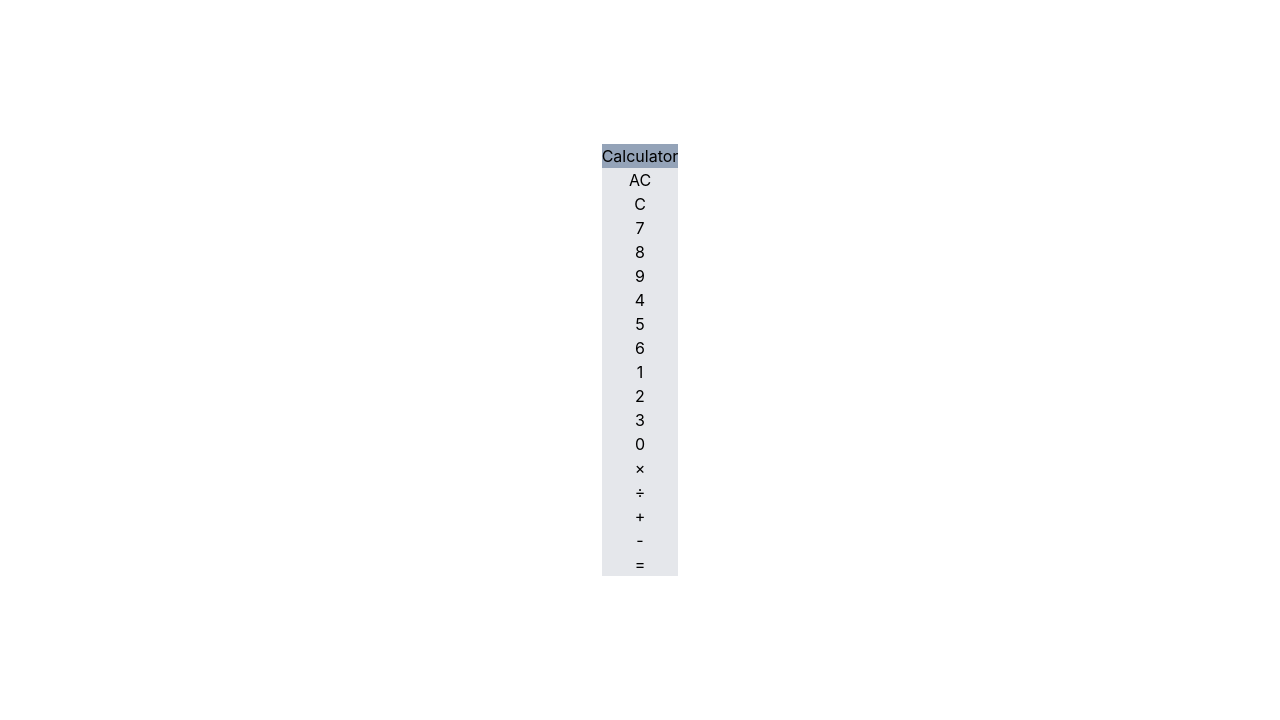
Repository: BrianPhamDev/calculator_app
Page: /
An editor plug-in stored every save of this project. The page is shown before and after the next save, followed by the edit.
The browser window is 1280 px wide. The pictures show the whole page.
The project was rebuilt for these pictures with package versions that can differ from the ones it lists, and the page was loaded fresh each time. Also part of the build but not shown: vite.config.js.

Above is the page before, as saved 2024-01-09 14:14:31.

### src/App.jsx
import Calculator from "./components/Calculator";

function App() {
  return (
    <>
      <div className="flex items-center justify-center w-screen h-screen">
        <Calculator></Calculator>
      </div>
    </>
  );
}

export default App;

### src/components/Calculator.jsx
import { calculatorButtons } from "../globals/calculator-button-data";

const Calculator = () => {
  return (
    <div className="bg-slate-400">
      <h1>Calculator</h1>
      {calculatorButtons.map((button) => {
        return (
          <div
            key={button.className}
            className={`bg-gray-200 flex items-center justify-center`}
          >
            {button.text}
          </div>
        );
      })}
    </div>
  );
};

export default Calculator;

### src/globals/calculator-button-data.js
export const calculatorButtons = [
    {
        type: 'clear',
        className: 'ac',
        text: 'AC',
        value: 'All Clear'
    },
    {
        type: 'clear',
        className: 'c',
        text: 'C',
        value: 'Clear'
    },
    {
        type: 'number',
        className: 'seven',
        text: 7,
        value: 7,
    },
    {
        type: 'number',
        className: 'eight',
        text: 8,
        value: 8,
    },
    {
        type: 'number',
        className: 'nine',
        text: 9,
        value: 9,
    },
    {
        type: 'number',
        className: 'four',
        text: 4,
        value: 4,
    },
    {
        type: 'number',
        className: 'five',
        text: 5,
        value: 5,
    },
    {
        type: 'number',
        className: 'six',
        text: 6,
        value: 6,
    },
    {
        type: 'number',
        className: 'one',
        text: 1,
        value: 1,
    },
    {
        type: 'number',
        className: 'two',
        text: 2,
        value: 2,
    },
    {
        type: 'number',
        className: 'three',
        text: 3,
        value: 3,
    },
    {
        type: 'number',
        className: 'zero',
        text: 0,
        value: 0,
    },
    {
        type: 'operator',
        className: 'multiply',
        text: '\u00d7',
        value: 'Multiply',
    },
    {
        type: 'operator',
        className: 'divide',
        text: '\u00f7',
        value: 'Divide',
    },
    {
        type: 'operator',
        className: 'add',
        text: '+',
        value: 'Add',
    },
    {
        type: 'operator',
        className: 'subtract',
        text: '-',
        value: 'Subtract',
    },
    {
        type: 'enter',
        className: 'equal',
        text: '=',
        value: 'Equal',
    }
]

Loaded but not shown: index.html (common file); src/main.jsx (common file); src/index.css (common file); tailwind.config.js (common file)

After the next save:
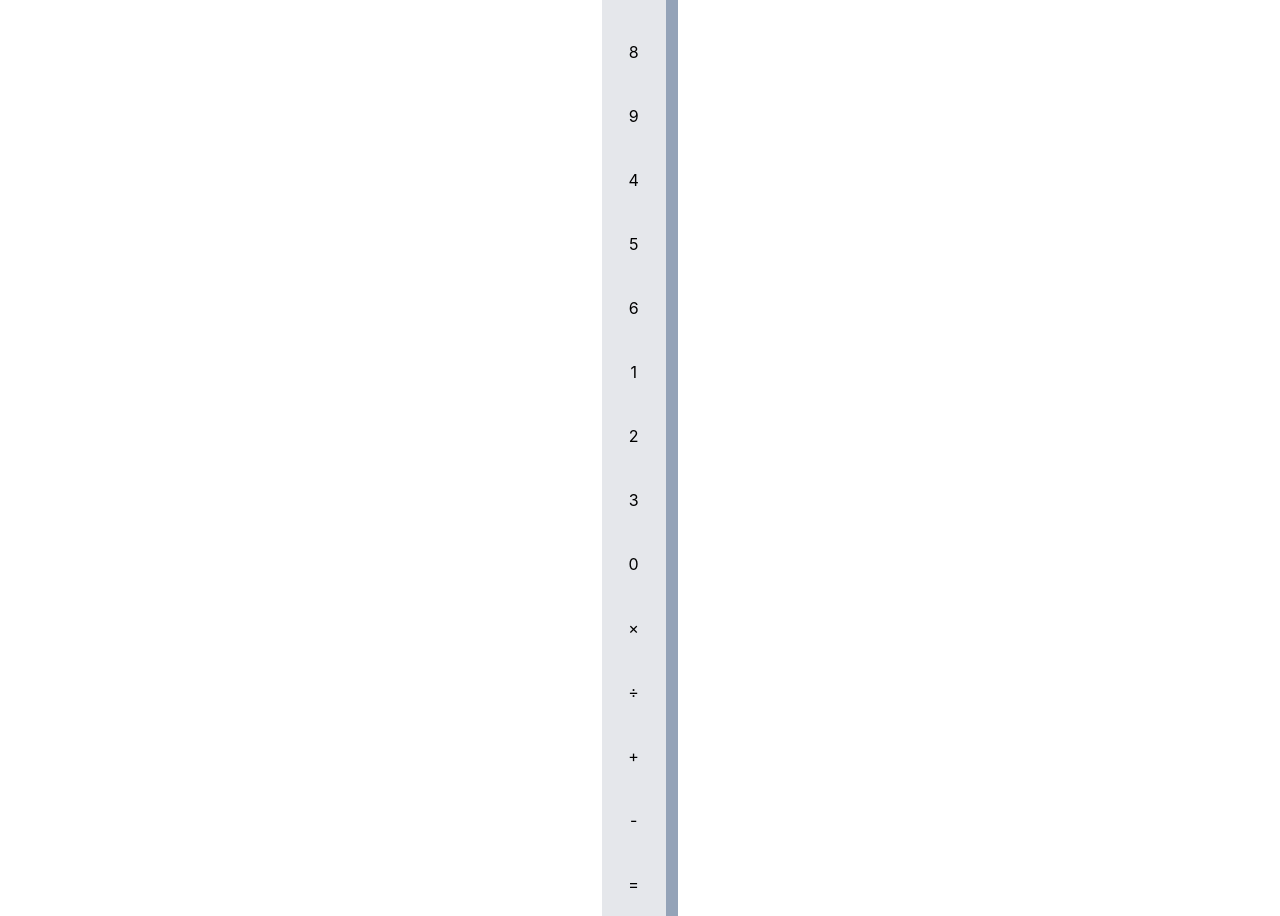
Saved 14 s later.
--- a/src/components/Calculator.jsx
+++ b/src/components/Calculator.jsx
@@ -8,7 +8,7 @@ const Calculator = () => {
         return (
           <div
             key={button.className}
-            className={`bg-gray-200 flex items-center justify-center`}
+            className={`bg-gray-200 flex items-center justify-center w-16 h-16`}
           >
             {button.text}
           </div>
